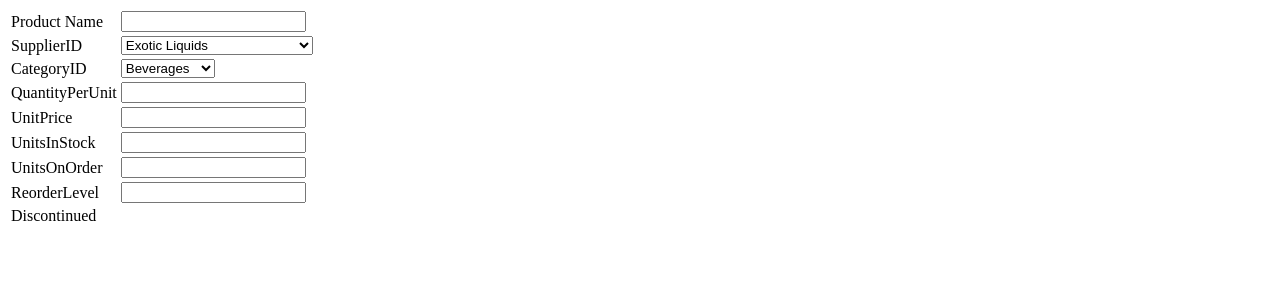
Repository: kaza1509/PRJ301
Page: SE1613/web/addProducts.html
An editor plug-in stored every save of this project. The page is shown before and after the next save, followed by the edit.
The browser window is 1280 px wide. The pictures show the whole page.

Above is the page before, as saved 2022-01-19 16:55:31.

### SE1613/web/addProducts.html
<!DOCTYPE html>
<html lang="en">
    <head>
        <meta charset="UTF-8">
        <meta http-equiv="X-UA-Compatible" content="IE=edge">
        <meta name="viewport" content="width=device-width, initial-scale=1.0">
        <title>Document</title>
    </head>
    <body>
        <table>
            <tr>
                <td>Product Name</td>
                <td>
                    <input type="text">
                </td>
            </tr>
            <tr>
                <td>SupplierID</td>
                <td>
                    <select name="" id="SupplierID">
                        <option value="1">Exotic Liquids</option>
                        <option value="2">New Orleans Cajun Delights</option>
                        <option value="3">Grandma Kelly's Homestead</option>
                    </select>
                </td>
            </tr>
            <tr>
                <td>CategoryID</td>
                <td>
                    <select name="" id="CategoryID">
                        <option value="1">Beverages</option>
                        <option value="2">Condiments</option>
                        <option value="3">Confections</option>
                    </select>
                </td>
            </tr>
            <tr>
                <td>QuantityPerUnit</td>
                <td>
                    <input type="text">
                </td>
            </tr>
            <tr>
                <td>UnitPrice</td>
                <td>
                    <input type="number" name="" id="">
                </td>
            </tr>
            <tr>
                <td>UnitsInStock</td>
                <td>
                    <input type="number" name="" id="">
                </td>
            </tr>
            <tr>
                <td>UnitsOnOrder</td>
                <td>
                    <input type="number" name="" id="">
                </td>
            </tr>
            <tr>
                <td>ReorderLevel</td>
                <td>
                    <input type="number" name="" id="">
                </td>
            </tr>
            <tr>
                <td>Discontinued</td>
                <td>

                </td>
            </tr>
        </table>
    </body>
</html>

After the next save:
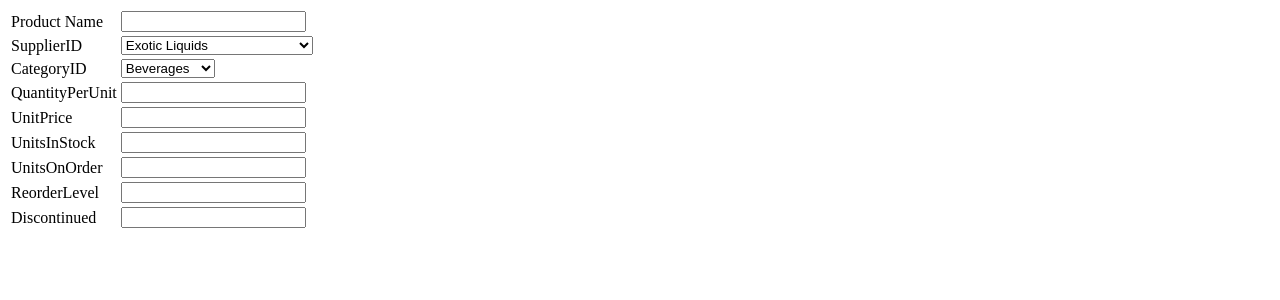
Saved 7 s later.
--- a/SE1613/web/addProducts.html
+++ b/SE1613/web/addProducts.html
@@ -67,7 +67,7 @@
             <tr>
                 <td>Discontinued</td>
                 <td>
-
+                    <input type="number" name="" id="">
                 </td>
             </tr>
         </table>
